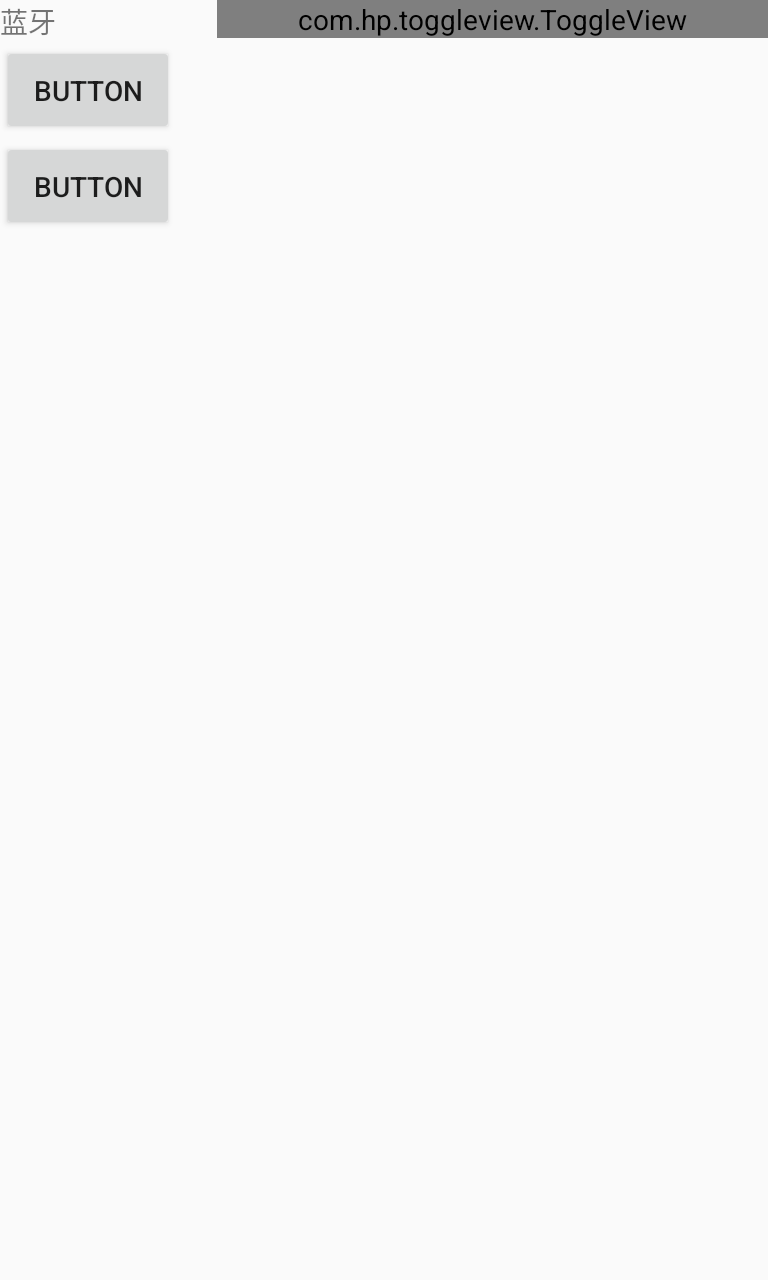
Repository: mimimy/MassagePro
Layout: BLE-Version/MassageTool/res/layout/activity_blooth.xml
The author's editor kept a copy of each file at every save. The layout is drawn from the files as they stood at one save, then again after the next save.
Pictures or frames that could not be fetched are drawn as grey boxes. It is drawn on a 768 x 1280 px phone screen (xhdpi) without system bars, with theme AppTheme; the app's code is not run.

Above is the layout before, as saved 2018-07-26 15:15:07.

After the next save:
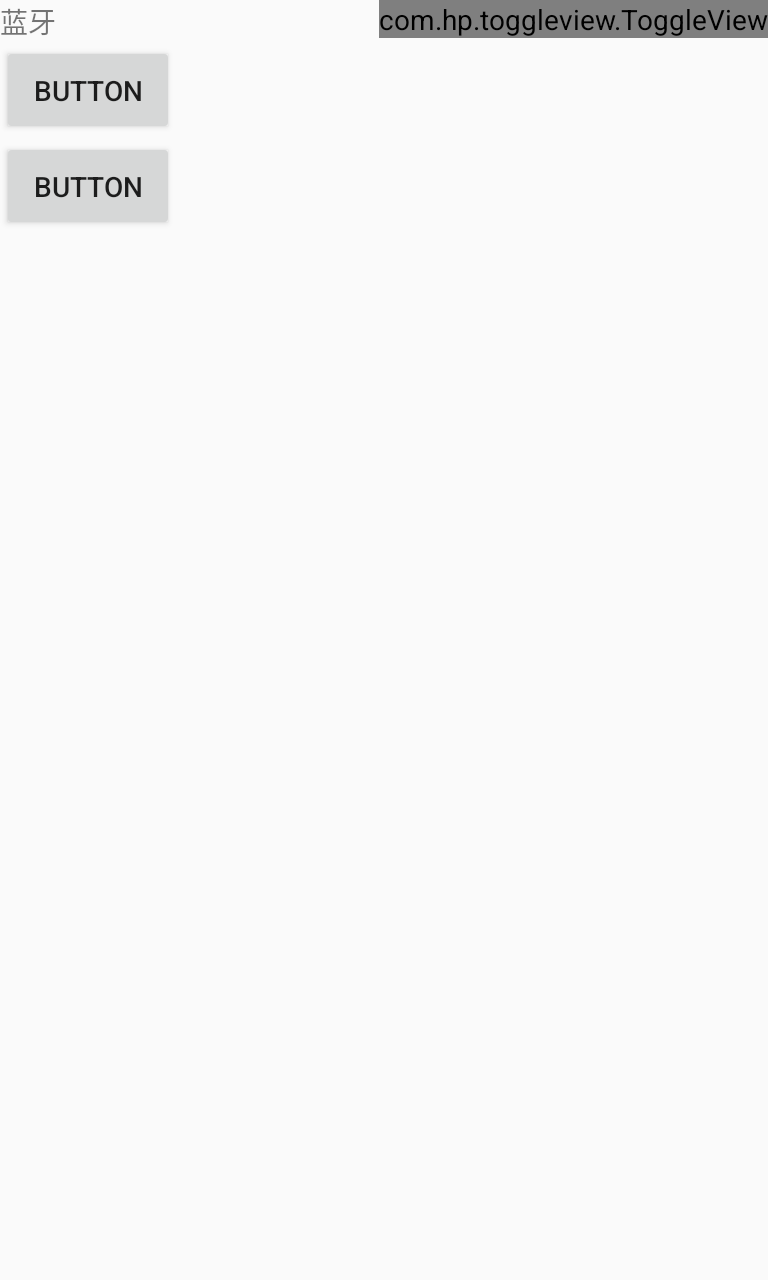
Saved 3 min 38 s later.
--- a/BLE-Version/MassageTool/res/layout/activity_blooth.xml
+++ b/BLE-Version/MassageTool/res/layout/activity_blooth.xml
@@ -1,5 +1,6 @@
 <LinearLayout xmlns:android="http://schemas.android.com/apk/res/android"
     xmlns:tools="http://schemas.android.com/tools"
+    xmlns:togview="http://schemas.android.com/apk/res/com.hp.toggleview"
     android:layout_width="fill_parent"
     android:layout_height="fill_parent"
     tools:context=".MainActivity"
@@ -17,7 +18,9 @@
 		    android:id="@+id/toggleView"
 	        android:layout_width="wrap_content"
 	        android:layout_height="wrap_content"
-	        android:layout_weight="1"
+        	togview:switch_background="@drawable/switch_background"
+        	togview:slide_button="@drawable/slide_button"
+        	togview:switch_state="false"
 	        android:layout_centerInParent="true" >
 		</com.hp.toggleview.ToggleView>
 	</LinearLayout>
